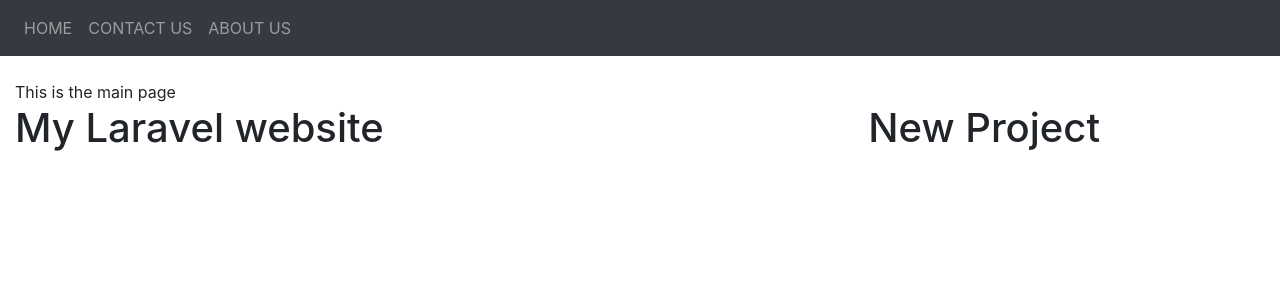
Repository: ROCKY-SAM/laravel5.7
Page: http://localhost/
The author's editor kept a copy of each file at every save. The page is drawn from the files as they stood at one save, then again after the next save.
The browser window is 1280 px wide. The pictures show the whole page.
The page is served by the project's Laravel application, run on PHP 8.4 with Laravel 8. Queries for data that is not in the repository find no rows.

Above is the page before, as saved 2018-11-11 14:43:22.

After the next save:
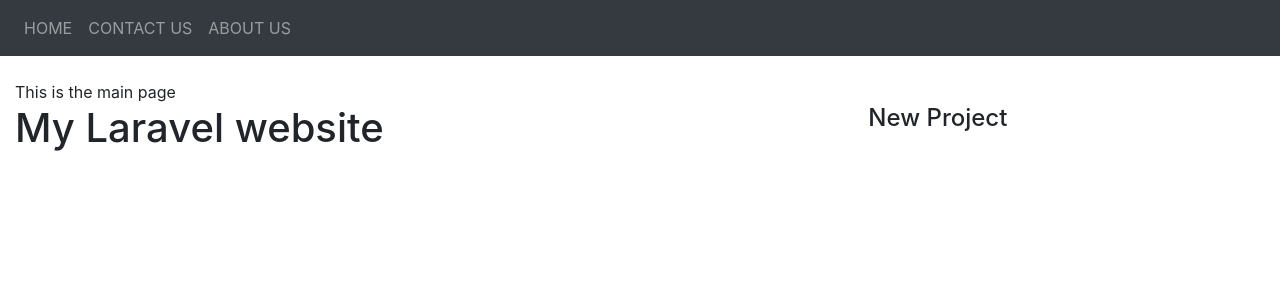
Saved 26 s later.
--- a/resources/views/welcome.blade.php
+++ b/resources/views/welcome.blade.php
@@ -10,7 +10,7 @@
 <br>
 <div class="row">
     <div class="col-8"> <h1>My {{ $foo }} website</h1> </div>
-    <div class="col-4"> <h1>New Project</h1> </div>
+    <div class="col-4"> <h4>New Project</h4> </div>
 </div>
 
 
